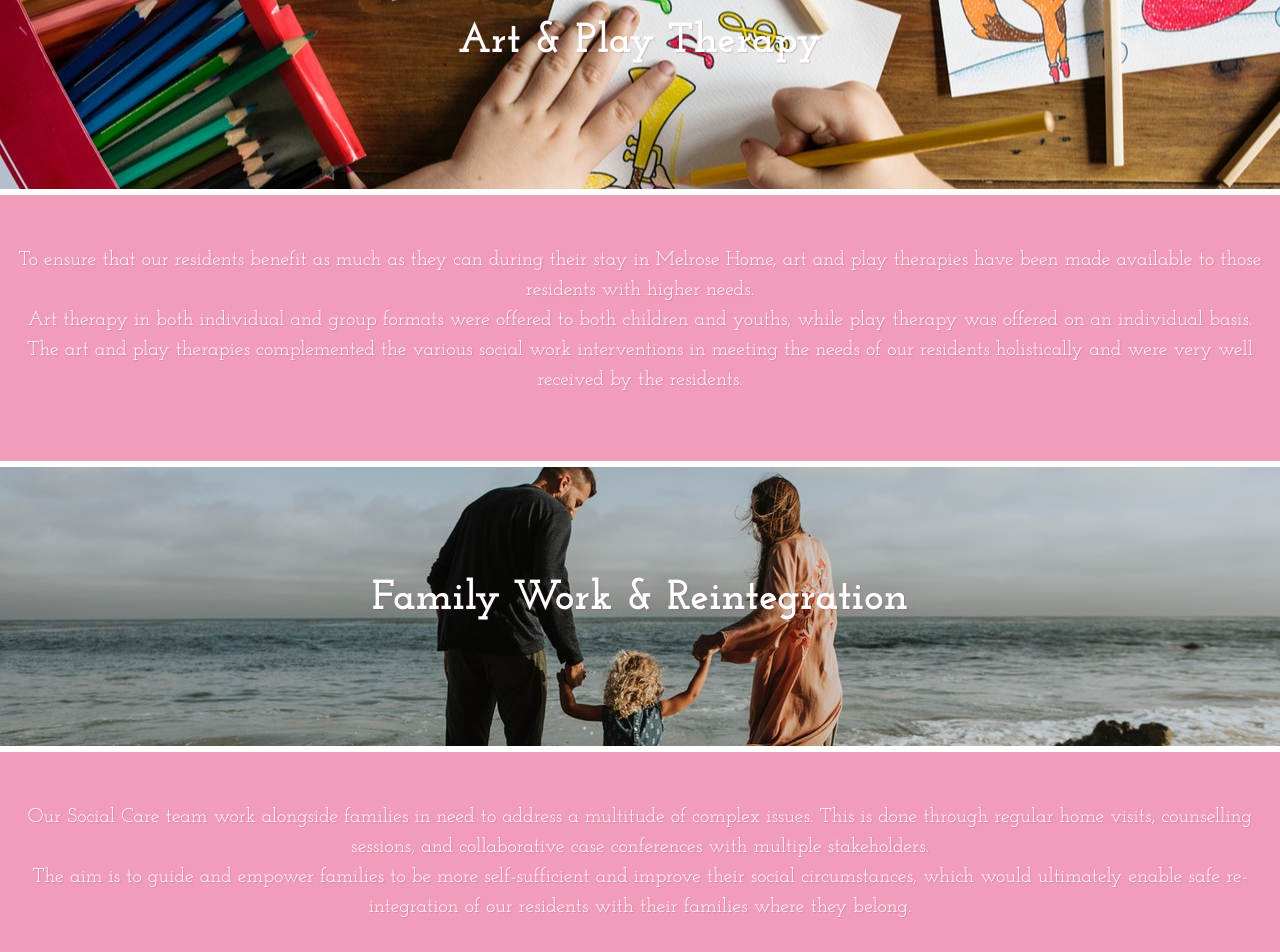
Repository: Code-Institute-Submissions/Jasonngyt-Project1
Page: services.html
The author's editor kept a record of every edit. The page is drawn from the files as they stood at one moment, then again after the next edit.
The browser window is 1280 px wide. The pictures show the part of the page from y = 786 to 1738 px (the page is 2893 px tall before and 2923 px after).
A picture or video elsewhere on the page could not be fetched, so the positions and the page height are approximate. Backgrounds fixed to the window are drawn as part of the page. Some web fonts or font styles are not loaded; a fallback is used. Some web libraries are served in a nearby version.

Above is the page before.

After the next edit:
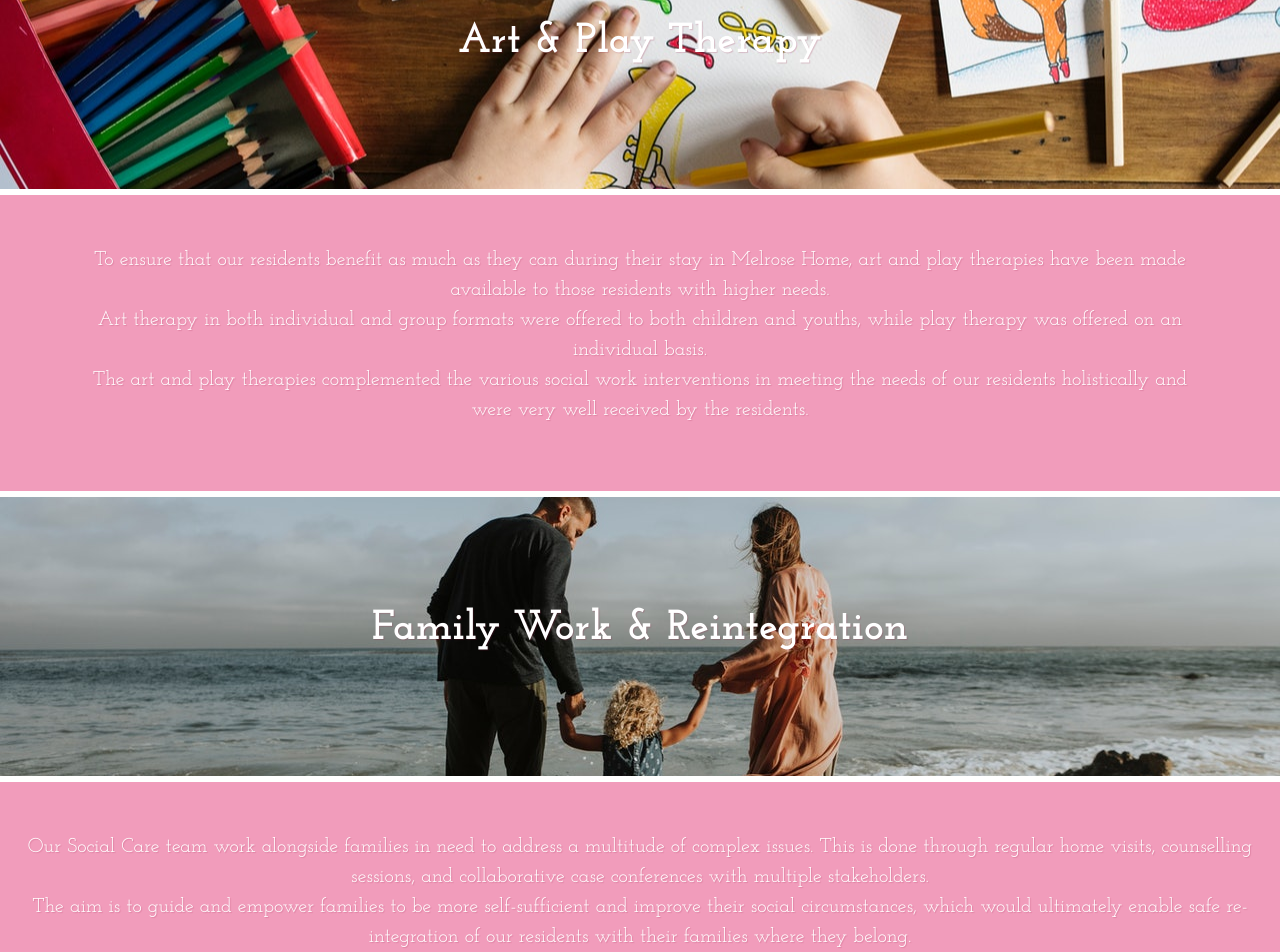
The edit:
--- a/services.html
+++ b/services.html
@@ -67,7 +67,7 @@
     </div>
 
     <div class="service_word">
-        <p>
+        <p class="container">
             To ensure that our residents benefit as much as they can during their stay in Melrose Home, art and play therapies have been made available to those residents with higher needs.
             <br>Art therapy in both individual and group formats were offered to both children and youths, while play therapy was offered on an individual basis.
             <br>The art and play therapies complemented the various social work interventions in meeting the needs of our residents holistically and were very well received by the residents.
